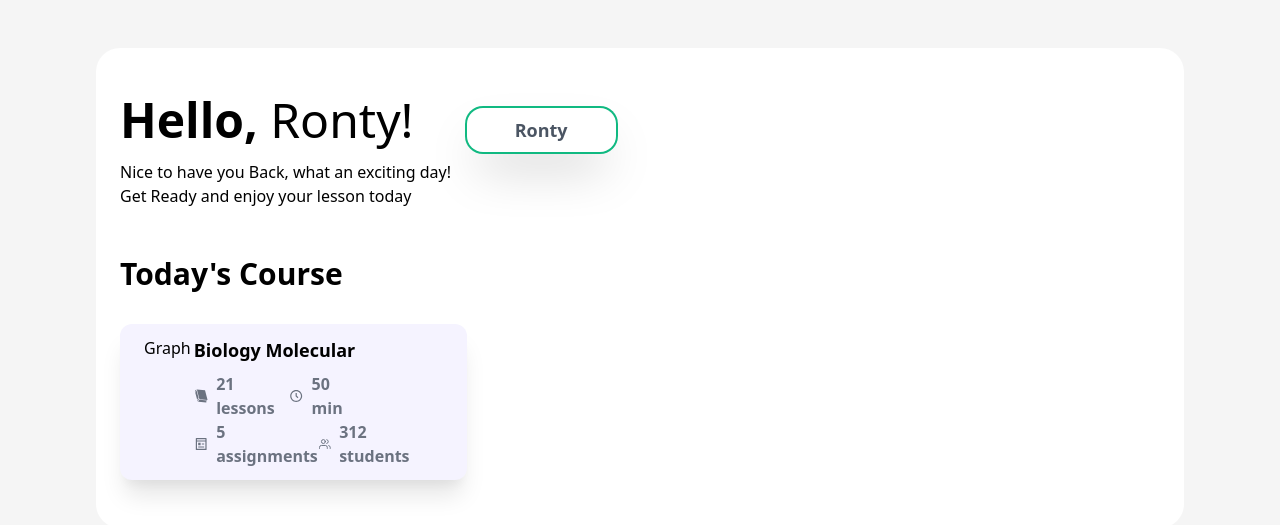
Repository: coolronts/Vite-Tailwind
Page: /
An editor plug-in stored every save of this project. The page is shown before and after the next save, followed by the edit.
The browser window is 1280 px wide. The pictures show the whole page.
The project was rebuilt for these pictures with package versions that can differ from the ones it lists, and the page was loaded fresh each time. Also part of the build but not shown: vite.config.js.

Above is the page before, as saved 2021-11-26 07:44:36.

After the next save:
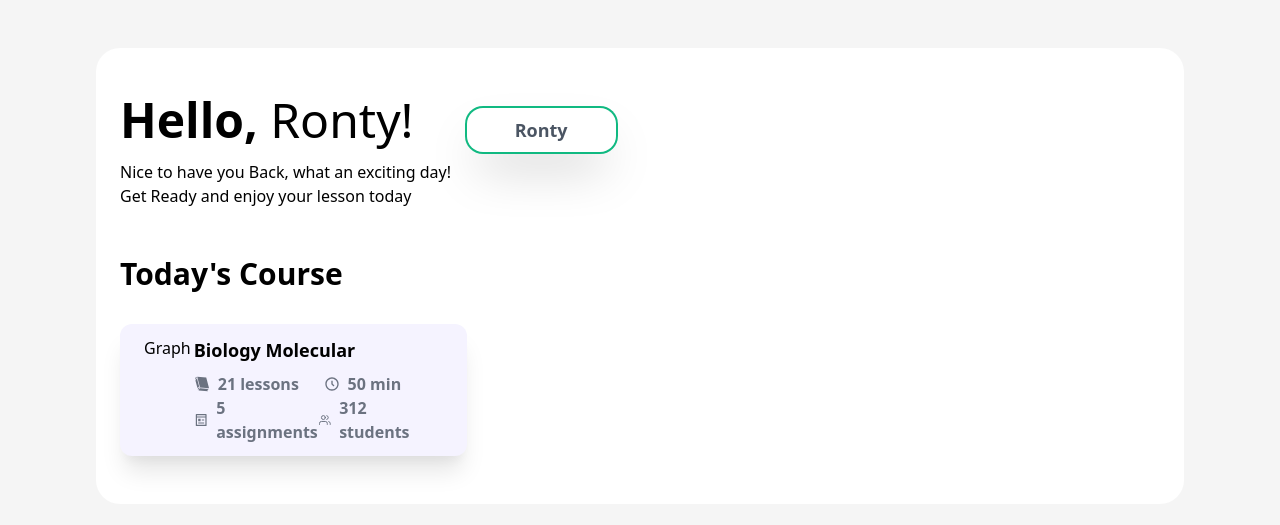
Saved 6 s later.
--- a/src/Section/Course/index.jsx
+++ b/src/Section/Course/index.jsx
@@ -13,7 +13,7 @@ export default function Course() {
       </div>
       <div id="right">
         <h4 className="font-bold text-lg mb-2">Biology Molecular</h4>
-        <div className="flex flex-col w-2/3">
+        <div className="flex flex-col w-5/6">
           <div className="flex justify-between text-gray-500 font-semibold ">
             <p className="flex items-center"> <GiWhiteBook className="mr-2"/>  21 lessons</p>
             <p className="flex items-center"> <BiTimeFive className="mr-2"/>  50 min</p>
